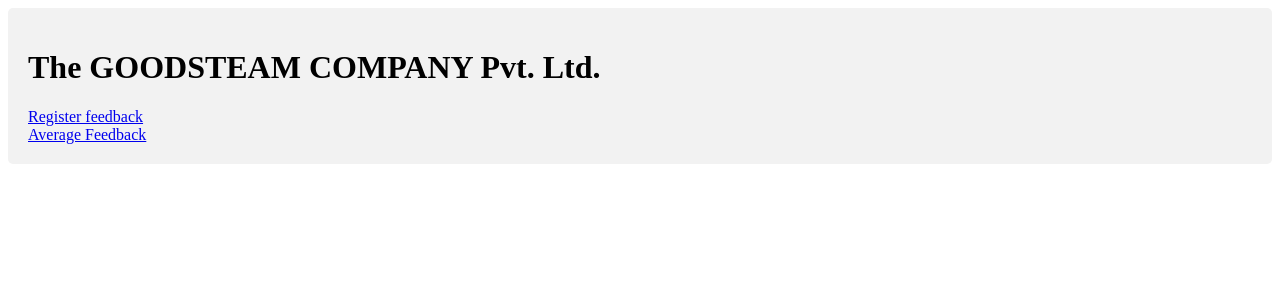
Repository: isaurabhkr/Spring-JavaCourse-101
Page: http://localhost/Test/welcome.jsp
An editor plug-in stored every save of this project. The page is shown before and after the next save, followed by the edit.
The browser window is 1280 px wide. The pictures show the whole page.
The page is served by Tomcat 9. Other server files are loaded and not shown.

Above is the page before, as saved 2019-08-06 07:18:17.

### Spring/WP/Test/WebContent/welcome.jsp
<%@ page language="java" contentType="text/html; charset=ISO-8859-1"
    pageEncoding="ISO-8859-1" session="false"%>
<!DOCTYPE html PUBLIC "-//W3C//DTD HTML 4.01 Transitional//EN" "http://www.w3.org/TR/html4/loose.dtd">
<html>
<head>
<style>
input[type=text], select {
  width: 100%;
  padding: 12px 20px;
  margin: 8px 0;
  display: inline-block;
  border: 1px solid #ccc;
  border-radius: 4px;
  box-sizing: border-box;
}

input[type=submit] {
  width: 100%;
  background-color: #4CAF50;
  color: white;
  padding: 14px 20px;
  margin: 8px 0;
  border: none;
  border-radius: 4px;
  cursor: pointer;
}

input[type=submit]:hover {
  background-color: #45a049;
}

div {
  border-radius: 5px;
  background-color: #f2f2f2;
  padding: 20px;
}
</style>
<meta http-equiv="Content-Type" content="text/html; charset=ISO-8859-1">
<title>Insert title here</title>
</head>
<body><div>
<h1>The GOODSTEAM COMPANY Pvt. Ltd.</h1>
<a href="register.jsp" >Register feedback</a><br/>
<a href="average.jsp">Average Feedback</a>
</form></div>
</body>
</html>

After the next save:
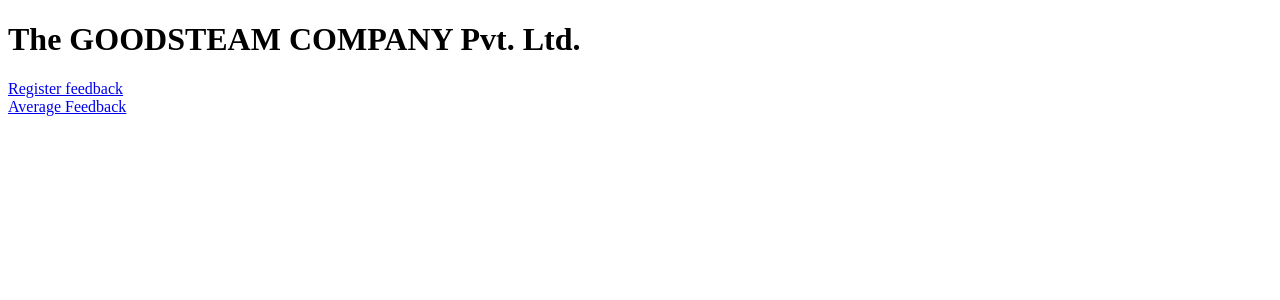
Saved 17 s later.
--- a/Spring/WP/Test/WebContent/welcome.jsp
+++ b/Spring/WP/Test/WebContent/welcome.jsp
@@ -3,38 +3,7 @@
 <!DOCTYPE html PUBLIC "-//W3C//DTD HTML 4.01 Transitional//EN" "http://www.w3.org/TR/html4/loose.dtd">
 <html>
 <head>
-<style>
-input[type=text], select {
-  width: 100%;
-  padding: 12px 20px;
-  margin: 8px 0;
-  display: inline-block;
-  border: 1px solid #ccc;
-  border-radius: 4px;
-  box-sizing: border-box;
-}
 
-input[type=submit] {
-  width: 100%;
-  background-color: #4CAF50;
-  color: white;
-  padding: 14px 20px;
-  margin: 8px 0;
-  border: none;
-  border-radius: 4px;
-  cursor: pointer;
-}
-
-input[type=submit]:hover {
-  background-color: #45a049;
-}
-
-div {
-  border-radius: 5px;
-  background-color: #f2f2f2;
-  padding: 20px;
-}
-</style>
 <meta http-equiv="Content-Type" content="text/html; charset=ISO-8859-1">
 <title>Insert title here</title>
 </head>
